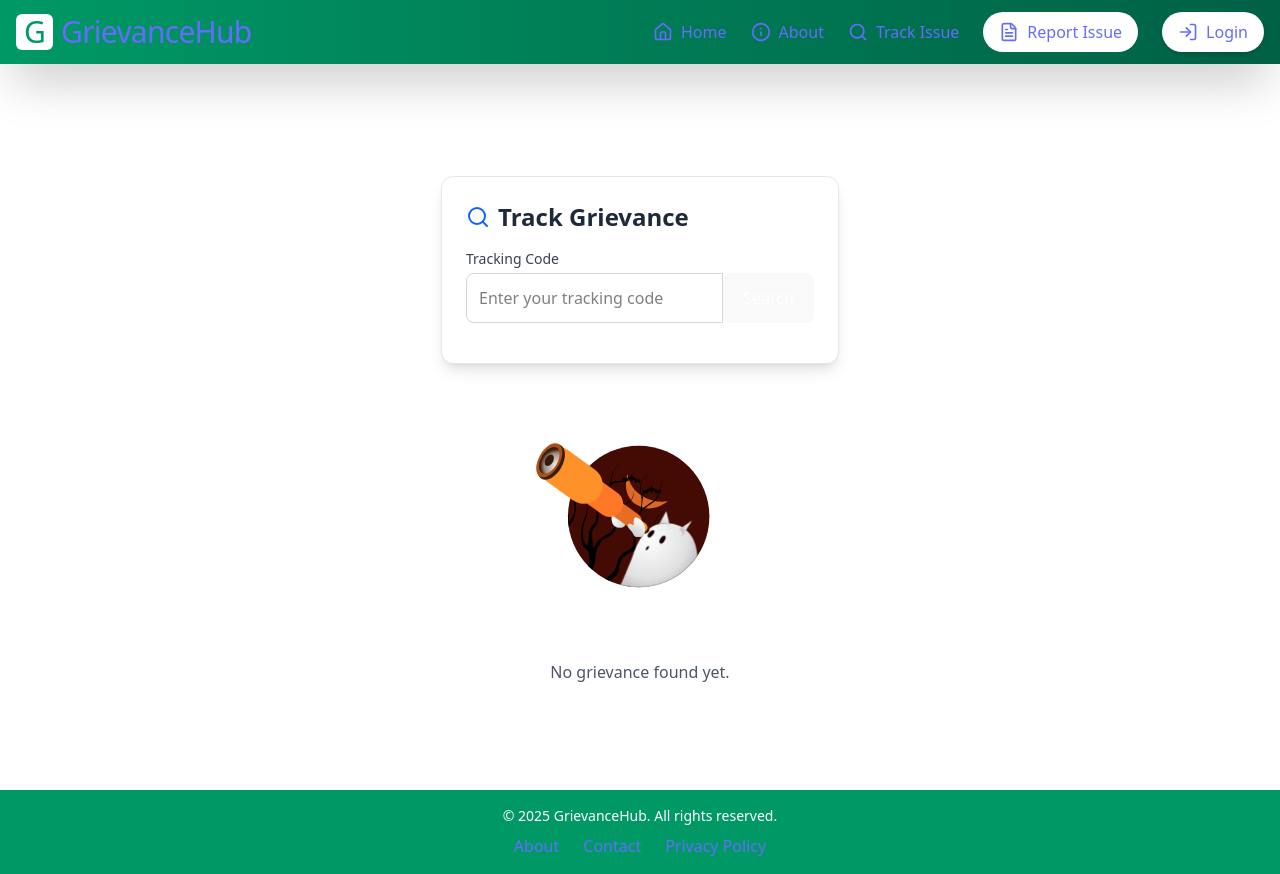
Repository: Aishi4/Grievance-Hub
Page: /track (app in my-vite-Griv/)
These files come from the project's save history. The page is drawn as it stood at one moment and after the next save; the edit follows.
The browser window is 1280 px wide. The pictures show the whole page.
The project was rebuilt for these pictures with package versions that can differ from the ones it lists, and the page was loaded fresh each time. Some packages were replaced by stand-ins written for this rebuild. Also part of the build but not shown: my-vite-Griv/vite.config.js, my-vite-Griv/src/Home.jsx, my-vite-Griv/src/ReportSubmit.jsx, my-vite-Griv/src/Report.jsx, my-vite-Griv/src/App.jsx, my-vite-Griv/src/About.jsx, my-vite-Griv/src/TrackIssue.jsx, my-vite-Griv/src/UploadPhoto.jsx and 1 more.

Above is the page before, as saved 2025-03-29 18:34:27.

### my-vite-Griv/src/main.jsx
import { StrictMode } from 'react'
import { createRoot } from 'react-dom/client'
import './index.css'
import App from './App.jsx'
import { Route,createBrowserRouter, createRoutesFromElements, RouterProvider } from 'react-router'
import Layout from './Layout.jsx'
import Home from './Home.jsx'
import Report from './Report.jsx'
import About from './About.jsx'
import TrackIssue from './TrackIssue.jsx'
import ReportSubmit from './ReportSubmit.jsx'
import UploadPhoto from './UploadPhoto.jsx'
import ViewPhoto from './ViewPhoto.jsx'
import AdminPanel from './AdminPanel.jsx'

const router = createBrowserRouter(
  createRoutesFromElements(
    <Route path='/' element={<Layout />}>
      <Route path="" element={<Home />} />
      <Route path="report" element={<UploadPhoto />} />
      <Route path="about" element={<About />} />
      <Route path="track" element={<ViewPhoto />} />
      <Route path='admin' element={<AdminPanel />} />


    </Route>
  )
)

createRoot(document.getElementById('root')).render(
  <StrictMode>




    <RouterProvider router={router} />

  </StrictMode>,
)

### my-vite-Griv/src/Layout.jsx
import { Outlet } from "react-router-dom";
import Navbar from "./Navbar";
import React from "react";
import Footer from "./Footer";

function Layout() {
  return (
    <div className="min-h-screen flex flex-col">
      <Navbar />
      <div className="flex-grow pt-[70px]"> {/* Adjust this padding based on navbar height */}
        <Outlet />
      </div>
      <Footer />
    </div>
  );
}
export default Layout;

### my-vite-Griv/src/ViewPhoto.jsx
import React, { useState } from 'react';
import { supabase } from './supabase';
import { Search, AlertCircle, Loader2 } from 'lucide-react';
import { motion } from 'framer-motion';
import Lottie from 'lottie-react';
import emptyAnimation from './assets/search.json'; // Ensure you have a Lottie JSON file

export default function ViewPhoto() {
  const [code, setCode] = useState('');
  const [photo, setPhoto] = useState(null);
  const [error, setError] = useState('');
  const [isLoading, setIsLoading] = useState(false);

  const fetchPhoto = async () => {
    if (!code.trim()) {
      setError('Please enter a tracking code');
      return;
    }
    setIsLoading(true);
    setError('');
    try {
      const { data, error } = await supabase
        .from('photos')
        .select('*')
        .eq('code', code.trim())
        .single();

      if (error || !data) {
        setError('No grievance found with this code.');
        setPhoto(null);
      } else {
        setPhoto(data);
      }
    } catch (err) {
      setError('An error occurred while fetching the data.');
      console.error(err);
    } finally {
      setIsLoading(false);
    }
  };

  const handleKeyPress = (e) => {
    if (e.key === 'Enter') {
      fetchPhoto();
    }
  };

  const statusColors = {
    'Under Review': 'bg-yellow-500',
    'In Progress': 'bg-blue-500',
    'Resolved': 'bg-green-500',
    'Rejected': 'bg-red-500',
  };

  return (
    <div className="h-screen w-screen bg-white flex items-center justify-center p-6">
      <div className="max-w-3xl mx-auto p-6">
        <motion.div
          initial={{ opacity: 0, y: -20 }}
          animate={{ opacity: 1, y: 0 }}
          className="bg-white p-6 rounded-xl shadow-lg border border-gray-200"
        >
          <h2 className="text-2xl font-semibold text-gray-800 flex items-center mb-4">
            <Search size={24} className="mr-2 text-blue-600" /> Track Grievance
          </h2>
          <div className="mb-4">
            <label className="block text-sm font-medium text-gray-700 mb-1">
              Tracking Code
            </label>
            <div className="flex">
              <input
                type="text"
                placeholder="Enter your tracking code"
                value={code}
                onChange={(e) => setCode(e.target.value)}
                onKeyPress={handleKeyPress}
                className="flex-1 p-3 border border-gray-300 rounded-l-lg focus:ring-2 focus:ring-blue-500 focus:outline-none text-black"
              />
              <button
                onClick={fetchPhoto}
                disabled={isLoading}
                className="bg-blue-600 hover:bg-blue-700 text-white px-6 py-3 rounded-r-lg font-medium flex items-center"
              >
                {isLoading ? <Loader2 size={18} className="animate-spin" /> : 'Search'}
              </button>
            </div>
            {error && (
              <motion.div
                initial={{ opacity: 0 }}
                animate={{ opacity: 1 }}
                className="mt-3 text-red-600 flex items-center text-sm"
              >
                <AlertCircle size={16} className="mr-1" /> {error}
              </motion.div>
            )}
          </div>
        </motion.div>

        {/* Show Lottie animation if no photo is found */}
        {!photo && !error && (
          <div className="mt-6 flex flex-col items-center">
            <Lottie animationData={emptyAnimation} className="w-64 h-64" />
            <p className="text-gray-600 mt-4">No grievance found yet.</p>
          </div>
        )}

        {photo && (
          <motion.div
            initial={{ opacity: 0, y: 20 }}
            animate={{ opacity: 1, y: 0 }}
            className="mt-6 bg-white p-6 rounded-xl shadow-lg border border-gray-200"
          >
            <div className="flex justify-between items-center mb-4">
              <h3 className="text-xl font-semibold text-gray-800">Grievance Details</h3>
              <span
                className={`px-4 py-2 text-sm font-medium text-white rounded-full ${
                  statusColors[photo.status] || 'bg-gray-500'
                }`}
              >
                {photo.status}
              </span>
            </div>
            <div className="grid grid-cols-1 md:grid-cols-2 gap-6">
              <img
                src={photo.image_url}
                alt="Grievance"
                className="w-full h-64 object-cover rounded-lg border border-gray-300"
              />
              <div className="space-y-4">
                <div>
                  <h4 className="font-medium text-gray-700">Description</h4>
                  <p className="bg-gray-100 p-3 rounded-lg text-sm">{photo.description}</p>
                </div>
                <div>
                  <h4 className="font-medium text-gray-700">Location</h4>
                  <p className="bg-gray-100 p-3 rounded-lg text-sm">{photo.location}</p>
                </div>
                <div>
                  <h4 className="font-medium text-gray-700">Tracking Code</h4>
                  <p className="bg-gray-100 p-3 rounded-lg text-sm font-mono">{photo.code}</p>
                </div>
              </div>
            </div>
          </motion.div>
        )}
      </div>
    </div>
  );
}

### my-vite-Griv/src/Navbar.jsx
import React, { useState } from 'react';
import { Link } from "react-router-dom";
import { motion } from "framer-motion";
import { Home, Info, Search, FileText, LogIn } from "lucide-react";

const Navbar = () => {
  const [isHovered, setIsHovered] = useState(null);

  const navItems = [
    {
      to: "/",
      label: "Home",
      icon: Home
    },
    {
      to: "/about",
      label: "About",
      icon: Info
    },
    {
      to: "/track",
      label: "Track Issue",
      icon: Search
    },
    {
      to: "/report",
      label: "Report Issue",
      icon: FileText,
      special: true
    }
  ];

  return (
    <motion.nav
      initial={{ opacity: 0, y: -50 }}
      animate={{ opacity: 1, y: 0 }}
      transition={{ duration: 0.6, type: "spring", stiffness: 50 }}
      className="fixed w-full z-50 bg-gradient-to-r from-emerald-600 to-emerald-800 text-white shadow-2xl"
    >
      <div className="container mx-auto px-4 py-3 flex justify-between items-center">
        {/* Logo with Hover Effect */}
        <motion.div
          whileHover={{ scale: 1.1 }}
          whileTap={{ scale: 0.95 }}
        >
          <Link
            to="/"
            className="text-3xl font-extrabold tracking-tight flex items-center space-x-2"
          >
            <span className="bg-white text-emerald-600 px-2 rounded-md">G</span>
            <span>GrievanceHub</span>
          </Link>
        </motion.div>

        {/* Navigation Links and Login */}
        <div className="flex items-center space-x-6">
          {navItems.map((item, index) => (
            <motion.div
              key={item.to}
              onHoverStart={() => setIsHovered(index)}
              onHoverEnd={() => setIsHovered(null)}
              className="relative"
            >
              <Link
                to={item.to}
                className={`
                  flex items-center space-x-2
                  ${item.special
                    ? 'bg-white text-emerald-600 px-4 py-2 rounded-full'
                    : 'text-white hover:text-emerald-200'}
                  transition-all duration-300
                `}
              >
                <item.icon size={20} />
                <span>{item.label}</span>
              </Link>

              {!item.special && isHovered === index && (
                <motion.div
                  layoutId="underline"
                  className="absolute bottom-[-6px] left-0 right-0 h-1 bg-white rounded-full"
                  initial={{ width: 0 }}
                  animate={{ width: '100%' }}
                />
              )}
            </motion.div>
          ))}

          {/* Login Button */}
          <motion.div
            whileHover={{ scale: 1.05 }}
            whileTap={{ scale: 0.95 }}
          >
            <Link
              to="/login"
              className="flex items-center space-x-2 bg-white text-emerald-700 px-4 py-2 rounded-full font-semibold shadow-md hover:bg-emerald-50 transition-all duration-300"
            >
              <LogIn size={20} />
              <span>Login</span>
            </Link>
          </motion.div>
        </div>
      </div>
    </motion.nav>
  );
};

export default Navbar;

### my-vite-Griv/src/Footer.jsx
const Footer = () => {
    return (
      <footer className="w-full bg-emerald-600 text-white py-4 text-center">
        <p className="text-sm">&copy; {new Date().getFullYear()} GrievanceHub. All rights reserved.</p>
        <div className="flex justify-center space-x-6 mt-2">
          <a href="/about" className="hover:underline">About</a>
          <a href="/contact" className="hover:underline">Contact</a>
          <a href="/privacy" className="hover:underline">Privacy Policy</a>
        </div>
      </footer>
    );
};
export default Footer;

### my-vite-Griv/src/supabase.js
import { createClient } from "@supabase/supabase-js";

const SUPABASE_URL = "https://sttpmwjxcnlfphnplylt.supabase.co";
const SUPABASE_ANON_KEY =
  "eyJhbGciOiJIUzI1NiIsInR5cCI6IkpXVCJ9.eyJpc3MiOiJzdXBhYmFzZSIsInJlZiI6InN0dHBtd2p4Y25sZnBobnBseWx0Iiwicm9sZSI6ImFub24iLCJpYXQiOjE3NDMyMjY0NzYsImV4cCI6MjA1ODgwMjQ3Nn0.PveWFl7QQpdJSmyEdTsNMzChrysuaJmnoFUdfG0cV_4";

export const supabase = createClient(SUPABASE_URL, SUPABASE_ANON_KEY);

Loaded but not shown: my-vite-Griv/index.html (common file); my-vite-Griv/src/index.css (common file); my-vite-Griv/src/assets/search.json (common file)

After the next save:
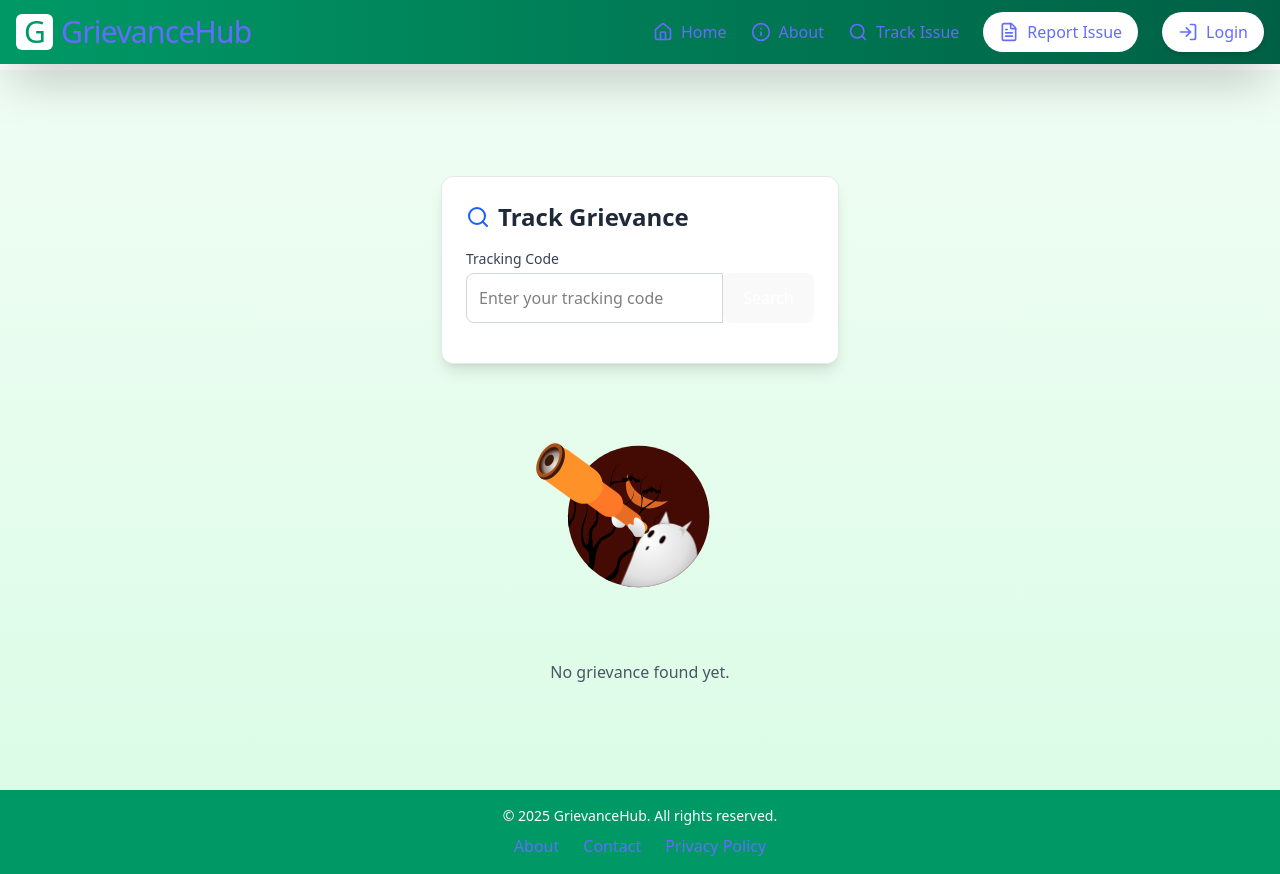
Saved 2 min 44 s later.
--- a/my-vite-Griv/src/ViewPhoto.jsx
+++ b/my-vite-Griv/src/ViewPhoto.jsx
@@ -53,7 +53,7 @@ export default function ViewPhoto() {
   };
 
   return (
-    <div className="h-screen w-screen bg-white flex items-center justify-center p-6">
+    <div className="h-screen w-screen bg-gradient-to-b from-green-50 to-green-100 flex items-center justify-center p-6">
       <div className="max-w-3xl mx-auto p-6">
         <motion.div
           initial={{ opacity: 0, y: -20 }}
